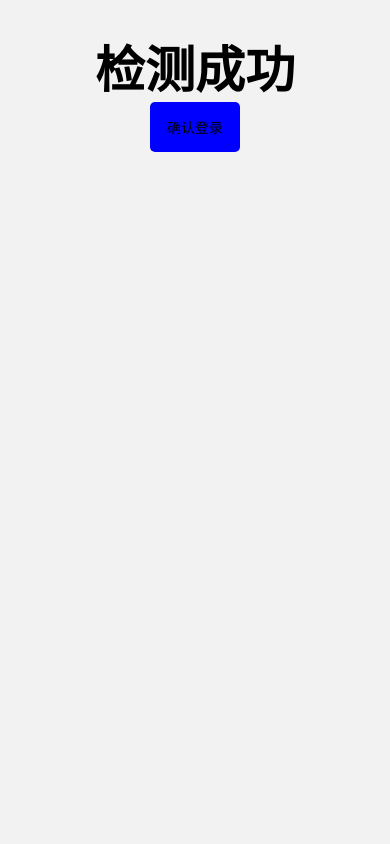
Repository: Declan-Deng/HuoXinApp
Screen: /完成界面
An editor plug-in stored every save of this project. The screen is shown before and after the next save, followed by the edit.
The app was drawn by React Native's web renderer in a window 390 px wide. The project was rebuilt for these pictures with package versions that can differ from the ones it lists, and the page was loaded fresh each time. Also part of the build but not shown: agreementPage/AgreementPage.js, testPage/CameraScreen.js.

Above is the screen before, as saved 2024-01-23 02:40:02.

After the next save:
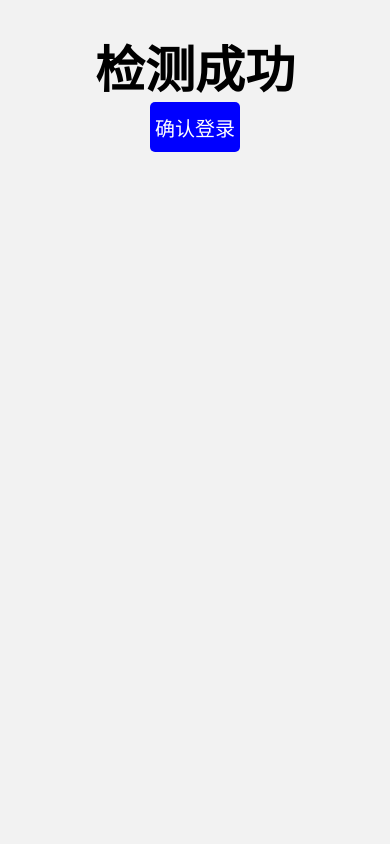
Saved 59 s later.
--- a/testPage/FinishPage.js
+++ b/testPage/FinishPage.js
@@ -46,4 +46,8 @@ const styles = StyleSheet.create({
     marginLeft: 'auto',
     marginRight: 'auto',
   },
+  buttonText: {
+    color: 'white',
+    fontSize: 20,
+  },
 });
